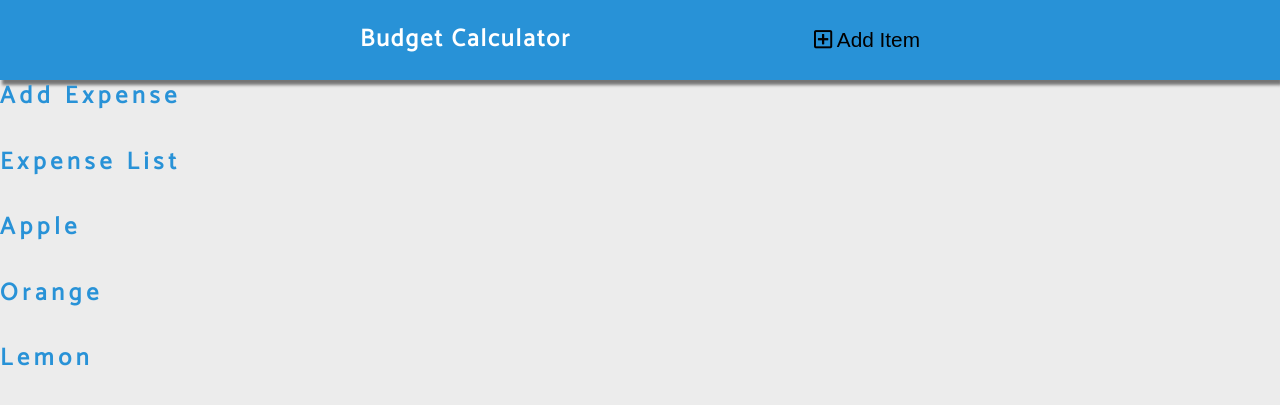
Repository: webdril/budget
Page: /
These files come from the project's save history. The page is drawn as it stood at one moment and after the next save; the edit follows.
The browser window is 1280 px wide. The pictures show the whole page.
The project was rebuilt for these pictures with package versions that can differ from the ones it lists, and the page was loaded fresh each time.

Above is the page before, as saved 2020-02-29 02:46:22.

After the next save:
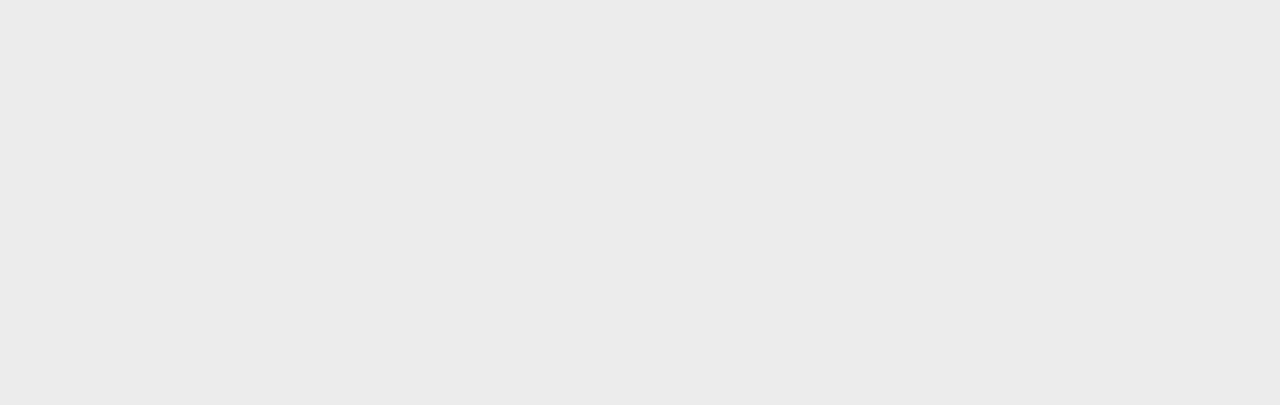
Console error: ReferenceError: Title is not defined
Saved 11 min 54 s later.
--- a/src/App.svelte
+++ b/src/App.svelte
@@ -1,7 +1,6 @@
 <script>
 import Navbar from './Navbar.svelte'
-import Title from './Title.svelte'
-let fruits = ['apple', 'orange', 'lemon']
+
 </script>
 
 <!-- CSS/STYLING -->
@@ -9,8 +8,3 @@
 <Navbar />
 <Title title="add expense"/>
 <Title title="expense list"/>
-
-{#each fruits as item}
-
-<Title title= {item}/>
-{/each}

After the 2 saves that followed:
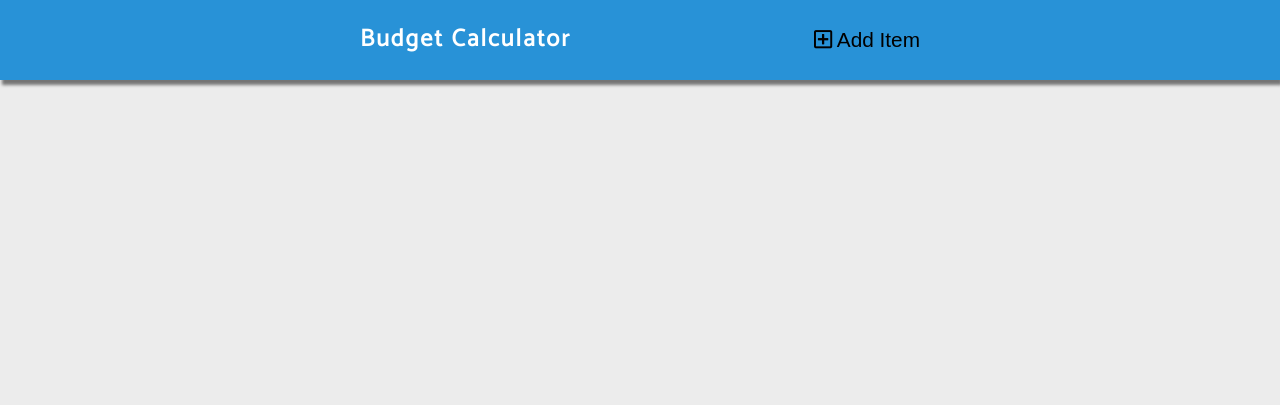
The error is gone.
The 2 saves are shown as one change because 1 left the picture as it was.
The last was saved 2 min 58 s later.
--- a/src/App.svelte
+++ b/src/App.svelte
@@ -1,10 +1,10 @@
 <script>
 import Navbar from './Navbar.svelte'
-
+import expensesData from './expenses';
+let expenses = [...expensesData];
+console.log(expenses);
 </script>
 
 <!-- CSS/STYLING -->
 
 <Navbar />
-<Title title="add expense"/>
-<Title title="expense list"/>
